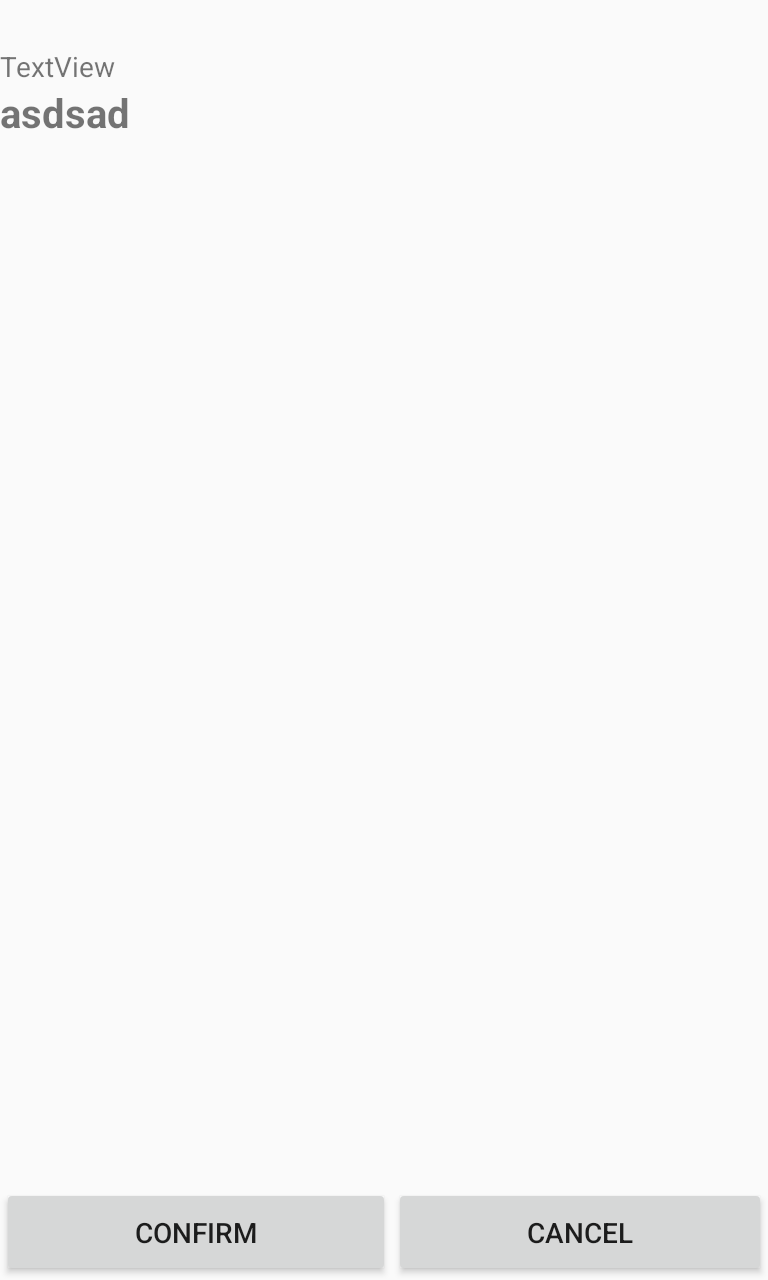
Repository: TeamZhao/Assignment-Tracker
Layout: AssignmentTracker/res/layout/activity_delete_semester_confirmation.xml
The author's editor kept a copy of each file at every save. The layout is drawn from the files as they stood at one save, then again after the next save.
It is drawn on a 768 x 1280 px phone screen (xhdpi) without system bars, with theme AppTheme; the app's code is not run.

Above is the layout before, as saved 2014-11-15 06:00:47.

### AssignmentTracker/res/layout/activity_delete_semester_confirmation.xml
<TableLayout xmlns:android="http://schemas.android.com/apk/res/android"
    xmlns:tools="http://schemas.android.com/tools"
    android:layout_width="match_parent"
    android:layout_height="match_parent"
    android:layout_alignLeft="@+id/textView_DisplaySemContents"
    android:layout_below="@+id/textView_DisplaySemContents"
    tools:context="com.example.assignmenttracker.DeleteSemesterConfirmationActivity" >

    <TableRow
        android:id="@+id/tableRow1"
        android:layout_width="wrap_content"
        android:layout_height="wrap_content"
        android:layout_weight="1"
        android:gravity="bottom"
        android:orientation="horizontal" >

        <LinearLayout
            android:layout_width="wrap_content"
            android:layout_height="wrap_content"
            android:orientation="vertical" >

            <TextView
                android:id="@+id/textView_SemInfoNotice"
                android:layout_width="wrap_content"
                android:layout_height="wrap_content"
                android:text="TextView" />

            <TextView
                android:id="@+id/textView_DisplaySemTitle"
                android:layout_width="wrap_content"
                android:layout_height="wrap_content"
                android:layout_alignParentLeft="true"
                android:layout_alignParentTop="true"
                android:scrollbarAlwaysDrawVerticalTrack="true"
                android:scrollbarStyle="insideOverlay"
                android:scrollbars="vertical"
                android:text="asdsad"
                android:textSize="20sp"
                android:textStyle="bold" />
        </LinearLayout>
    </TableRow>

    <TableRow
        android:id="@+id/tableRow2"
        android:layout_width="wrap_content"
        android:layout_height="wrap_content"
        android:layout_weight="20" >

        <TextView
            android:id="@+id/textView_DisplaySemContents"
            android:layout_width="wrap_content"
            android:layout_height="wrap_content"
            android:layout_alignParentLeft="true"
            android:layout_alignParentTop="true"
            android:scrollbarAlwaysDrawVerticalTrack="true"
            android:scrollbarStyle="insideOverlay"
            android:scrollbars="vertical"
            android:text="" />
    </TableRow>

    <TableRow
        android:id="@+id/tableRow3"
        android:layout_width="wrap_content"
        android:layout_height="wrap_content"
        android:layout_weight="1"
        android:gravity="bottom|center" >

        <Button
            android:id="@+id/btn_deleteSem"
            android:layout_width="wrap_content"
            android:layout_height="wrap_content"
            android:layout_weight="1"
            android:minWidth="24dip"
            android:text="@string/confirm" />

        <Button
            android:id="@+id/btn_cancelDeleteSem"
            android:layout_width="wrap_content"
            android:layout_height="wrap_content"
            android:layout_weight="1"
            android:minWidth="24dip"
            android:text="@string/cancel" />

    </TableRow>

</TableLayout>

### AssignmentTracker/res/values/strings.xml
<?xml version="1.0" encoding="utf-8"?>
<resources>

    <string name="app_name">Assignment Tracker</string>
    <string name="hello_world">Hello world!</string>
    <string name="action_settings">Settings</string>
    <string name="title_activity_add_semester">Add New Semester</string>
    <string name="semesterDetails">Add semester</string>
    <string name="semesterNo">Enter your semester number</string>
    <string name="semesterName">Enter the semester name and other info</string>
    <string name="addSemester">Add</string>
    <string name="cancelSemester">Cancel</string>
    <string name="nameOfSemester">Name</string>
    <string name="semester">Semester</string>
    <string name="title_activity_main">Assignment Tracker</string>
    <string name="instsuction_add">Please press menu button on the upper right corner to add new record.</string>
    <string name="add_semester">Add Semester</string>
    <string name="add_course">Add Course/Project</string>
    <string name="add_assignment">Add Assignment</string>
    <string name="title_activity_add_assignment">Add New Assignment</string>
    <string name="title">Title</string>
    <string name="course">Course</string>
    <string name="due_date">Due Date</string>
    <string name="progress">Progress</string>
    <string name="add">Add</string>
    <string name="cancel">Cancel</string>
    <string name="delete">Delete</string>
    <string name="update">Update</string>
    <string name="confirm">Confirm</string>
    <string name="title_activity_update_assignment">Update Assignment</string>
    <string name="title_activity_add_course">Add New Course</string>
    <string name="course_code">Course Code</string>
    <string name="professor">Professor</string>
    <string name="course_name">Course Name</string>
    <string name="course_description">Course Description</string>
    <string name="title_activity_show_semesters">Semesters</string>
    <string name="show_semesters">Show All Semesters</string>
    <string name="title_activity_show_courses">Courses</string>
    <string name="show_courses">Show All Courses</string>
    <string name="title_activity_update_course">Update Course</string>
    <string name="title_activity_update_semester">Update Semester</string>
    <string name="Update">Update</string>
    <string name="updateSemester">Update Semester</string>
    <string name="title_activity_splash_screen">Assignment Tracker</string>
    <string name="companyLogo">Company Logo</string>
    <string name="ImA">I am a..</string>
    <string name="teacher">Teacher</string>
    <string name="student">Student</string>
    <string name="title_activity_delete_semester_confirmation">Delete Semester Confirmation</string>

</resources>

Loaded but not shown: AssignmentTracker/res/values/styles.xml (common file); AssignmentTracker/res/values-v11/styles.xml (common file); AssignmentTracker/res/values-v14/styles.xml (common file)

After the next save:
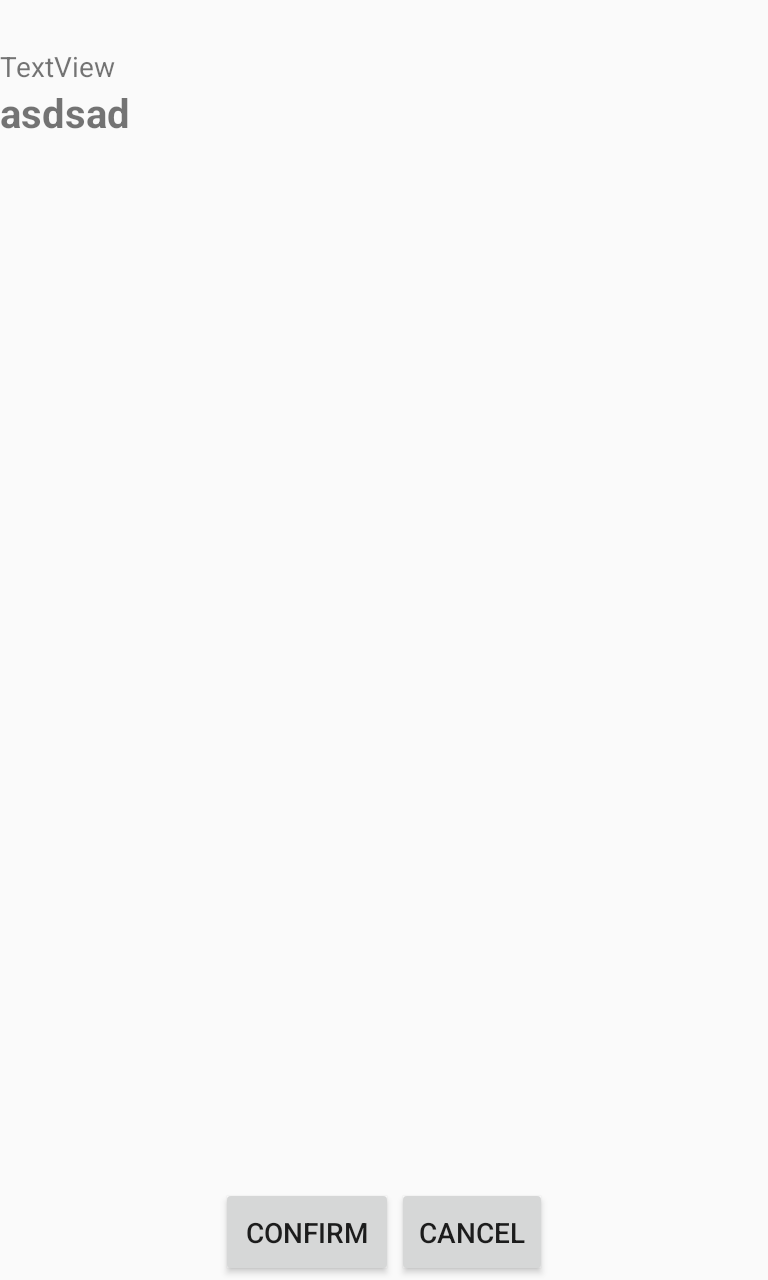
Saved 89 s later.
--- a/AssignmentTracker/res/layout/activity_delete_semester_confirmation.xml
+++ b/AssignmentTracker/res/layout/activity_delete_semester_confirmation.xml
@@ -65,22 +65,25 @@
         android:layout_weight="1"
         android:gravity="bottom|center" >
 
-        <Button
-            android:id="@+id/btn_deleteSem"
+        <LinearLayout
             android:layout_width="wrap_content"
-            android:layout_height="wrap_content"
-            android:layout_weight="1"
-            android:minWidth="24dip"
-            android:text="@string/confirm" />
+            android:layout_height="wrap_content" >
 
-        <Button
-            android:id="@+id/btn_cancelDeleteSem"
-            android:layout_width="wrap_content"
-            android:layout_height="wrap_content"
-            android:layout_weight="1"
-            android:minWidth="24dip"
-            android:text="@string/cancel" />
+            <Button
+                android:id="@+id/btn_deleteSem"
+                android:layout_width="wrap_content"
+                android:layout_height="wrap_content"
+                android:layout_weight="1"
+                android:text="@string/confirm" />
 
+            <Button
+                android:id="@+id/btn_cancelDeleteSem"
+                android:layout_width="wrap_content"
+                android:layout_height="wrap_content"
+                android:layout_weight="1"
+                android:minWidth="24dip"
+                android:text="@string/cancel" />
+        </LinearLayout>
     </TableRow>
 
 </TableLayout>
